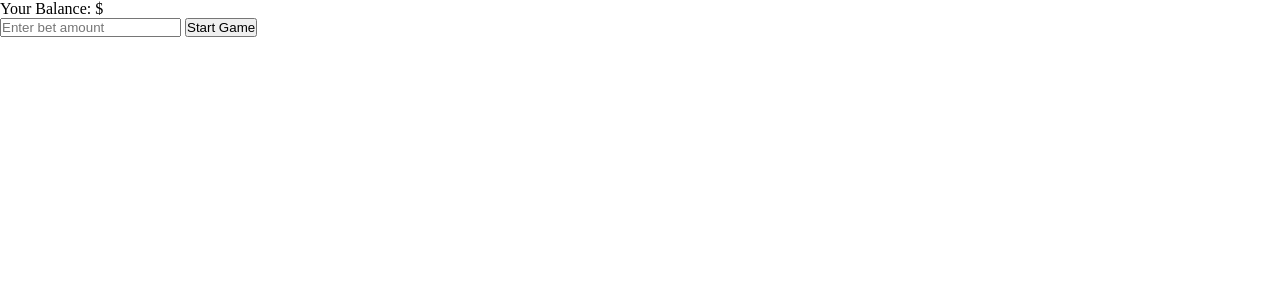
Repository: raghhavv03/javascript-practice
Page: task-5/bet.html
An editor plug-in stored every save of this project. The page is shown before and after the next save, followed by the edit.
The browser window is 1280 px wide. The pictures show the whole page.

Above is the page before, as saved 2026-02-09 00:42:50.

After the next save:
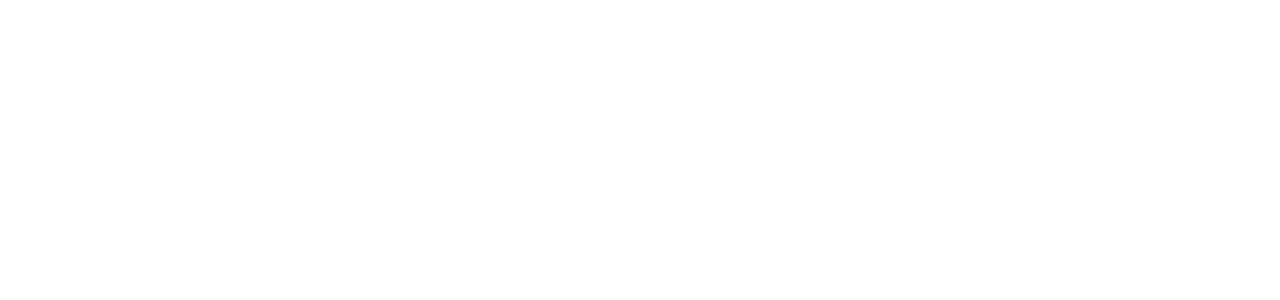
Console error: TypeError: Cannot read properties of null (reading 'addEventListener')
Saved 5 s later.
--- a/task-5/bet.html
+++ b/task-5/bet.html
@@ -6,7 +6,7 @@
         <script src="./js/bet.js" defer></script>
     </head>
     <body>
-        <p>Your Balance: $<span id="balance"></span></p>
+        <pYour Balance: $<span id="balance"></span></p>
 
         <input type="number" id="bet-input" placeholder="Enter bet amount">
         <button id="start-game-btn">Start Game</button>

After the 2 saves that followed:
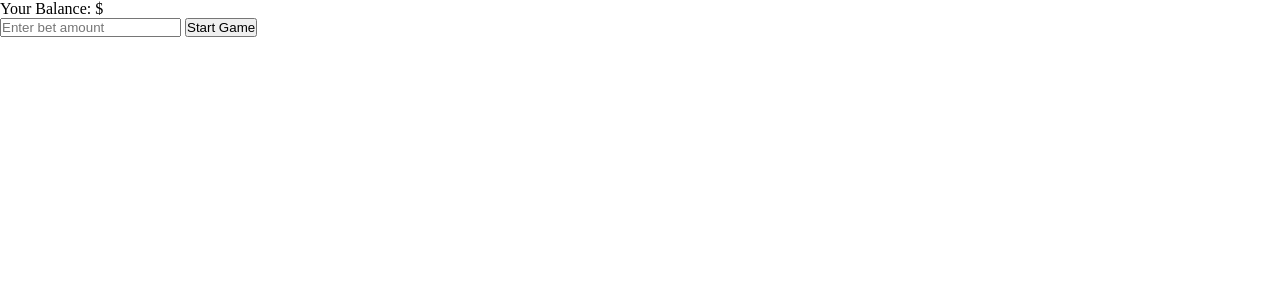
The error is gone.
The 2 saves are shown as one change because they came seconds apart.
The last was saved 7 s later.
--- a/task-5/bet.html
+++ b/task-5/bet.html
@@ -6,7 +6,7 @@
         <script src="./js/bet.js" defer></script>
     </head>
     <body>
-        <pYour Balance: $<span id="balance"></span></p>
+        <p>Your Balance: $<span id="balance"></span></p>
 
         <input type="number" id="bet-input" placeholder="Enter bet amount">
         <button id="start-game-btn">Start Game</button>
